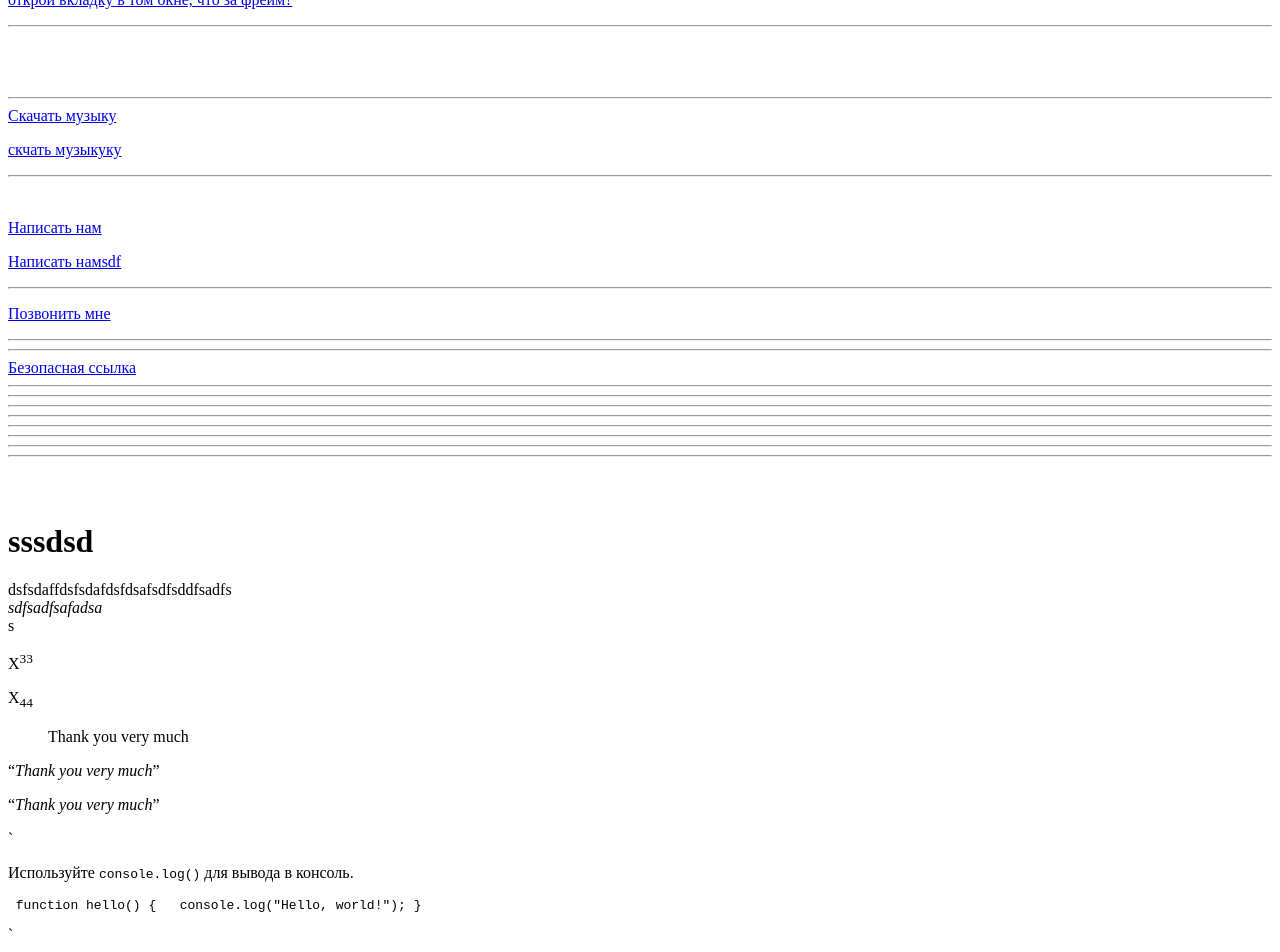
Repository: sannikovcode/exercises-a1
Page: JS/test1/task4/index.html
An editor plug-in stored every save of this project. The page is shown before and after the next save, followed by the edit.
The browser window is 1280 px wide. The pictures show the part of the page from y = 645 to 1597 px (the page is 1597 px tall before and 1537 px after).

Above is the page before, as saved 2025-10-17 09:04:28.

### JS/test1/task4/index.html
<!DOCTYPE html>
<html lang="en">

<head>
    <meta charset="UTF-8">
    <meta name="viewport" content="width=device-width, initial-scale=1.0">
    <title>88</title>
</head>

<>
    <h1>Заголовок</h1>

    <p>E = mc<sup>2</sup> — формула энергии.</p>

    <p><a href="https://example.com" target="_blank">новая вкладка</a></p>

    <p><a href="https://example.com" target="_self">открой вкладку в том окне</a></p>


    <iframe src="https://example.com" width="600" height="400"></iframe>

    <p><a href="https://example.com" target="_parent">открой вкладку в том окне, что за фрейм?</a></p>


    <hr>
    <br>
    <br>
    <br>
    <hr>

    <a href="music.mp3" download="">Скачать музыку</a>
    <p><a href="music.mp3" download>скчать музыкуку</a></p>

    <hr>
    <br>

    <!--Сылки mailto, tel: -->
    <p><a href="mailto:example@mail.com">Написать нам</a></p>
    <p><a href="mailto:example@mail.com?subject=Вопрос&body=Добрый день">Написать намsdf</a></p>

    <hr>
    <p><a href="tel:+1234567890">Позвонить мне</a></p>

    <hr>
    <hr>
    <!-- rel -->
    <a href="https://example.com" target="_blank" rel="noopener">Безопасная ссылка</a>

    <hr>
    <hr>
    <hr>
    <hr>
    <hr>
    <hr>
    <hr>
    <hr>
    <br><br>
    <h1>sssdsd</h1>
    <p>
    <div>dsfsdaffdsfsdafdsfdsafsdfsddfsadfs</div>
    <div><i>sdfsadfsafadsa</i></div>s
    </p>



    <p>X<sup>33</sup></p>

    <p>X<sub>44</sub></p>

    <p>
    <blockquote>Thank you very much</blockquote>
    </p>

    <p>
        <q><i>Thank you very much</i></q>
    </p>

    <p>
        <q><em>Thank you very much</em></q>
    </p>



    `<p>Используйте <code>console.log()</code> для вывода в консоль.</p>
    <pre><code> function hello() {   console.log("Hello, world!"); } </code></pre>`


















    </body>

</html>

After the next save:
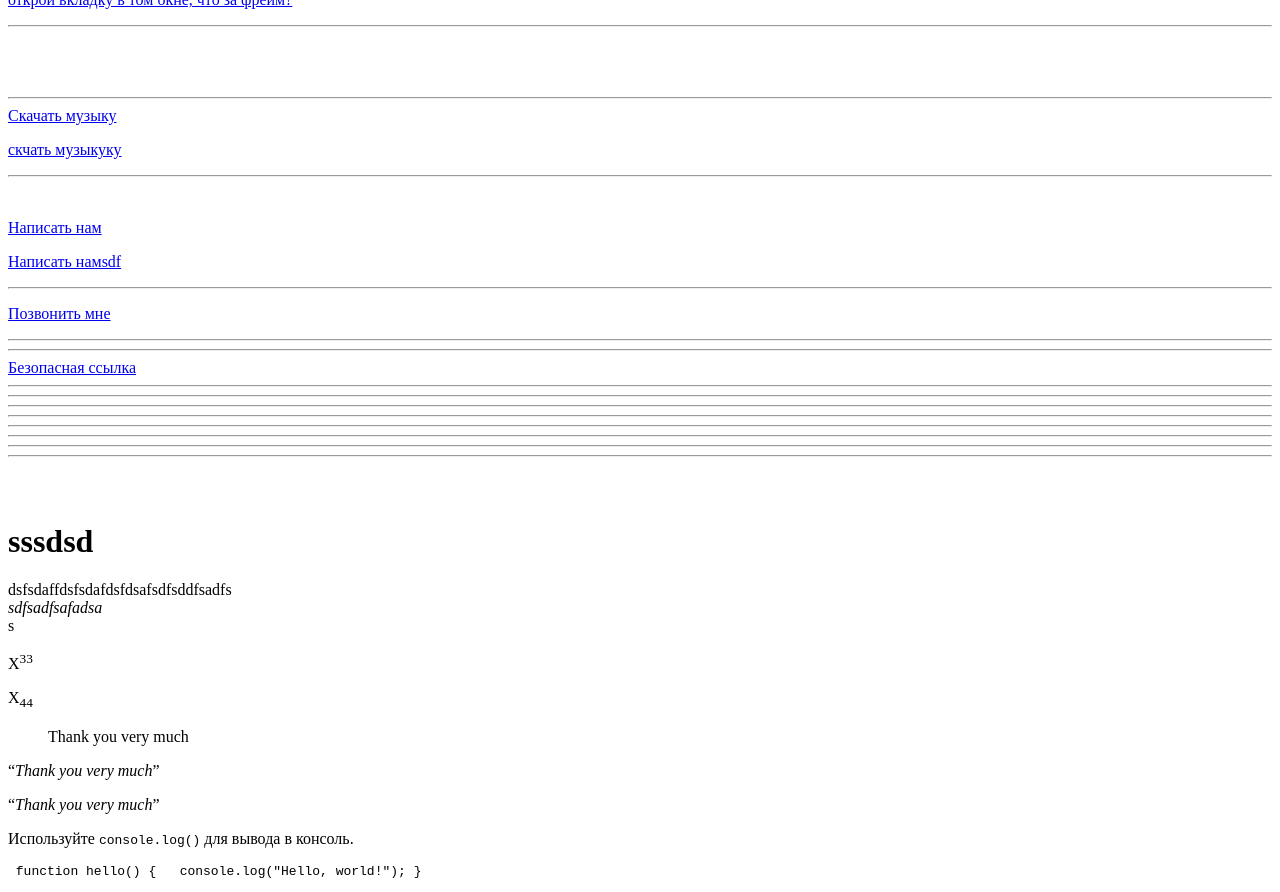
Saved 14 s later.
--- a/JS/test1/task4/index.html
+++ b/JS/test1/task4/index.html
@@ -81,8 +81,8 @@
 
 
 
-    `<p>Используйте <code>console.log()</code> для вывода в консоль.</p>
-    <pre><code> function hello() {   console.log("Hello, world!"); } </code></pre>`
+    <p>Используйте <code>console.log()</code> для вывода в консоль.</p>
+    <pre><code> function hello() {   console.log("Hello, world!"); } </code></pre>
 
 
 
